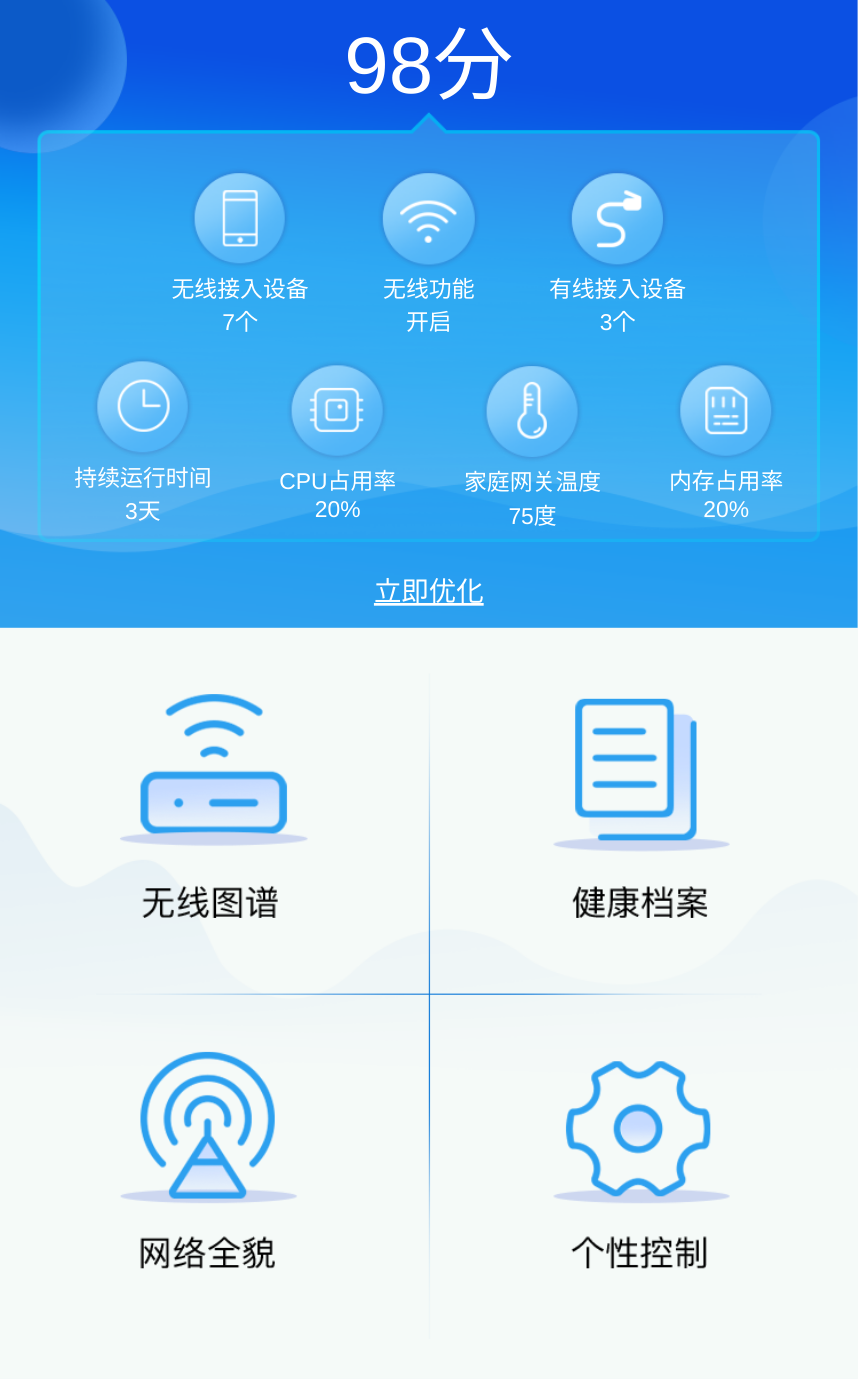
Repository: wangbiaozy/8.24
Page: index.html
These files come from the project's save history. The page is drawn as it stood at one moment and after the next save; the edit follows.
The browser window is 1280 px wide. The pictures show the whole page, at 67% of full size.

Above is the page before, as saved 2018-08-22 11:21:21.

After the next save:
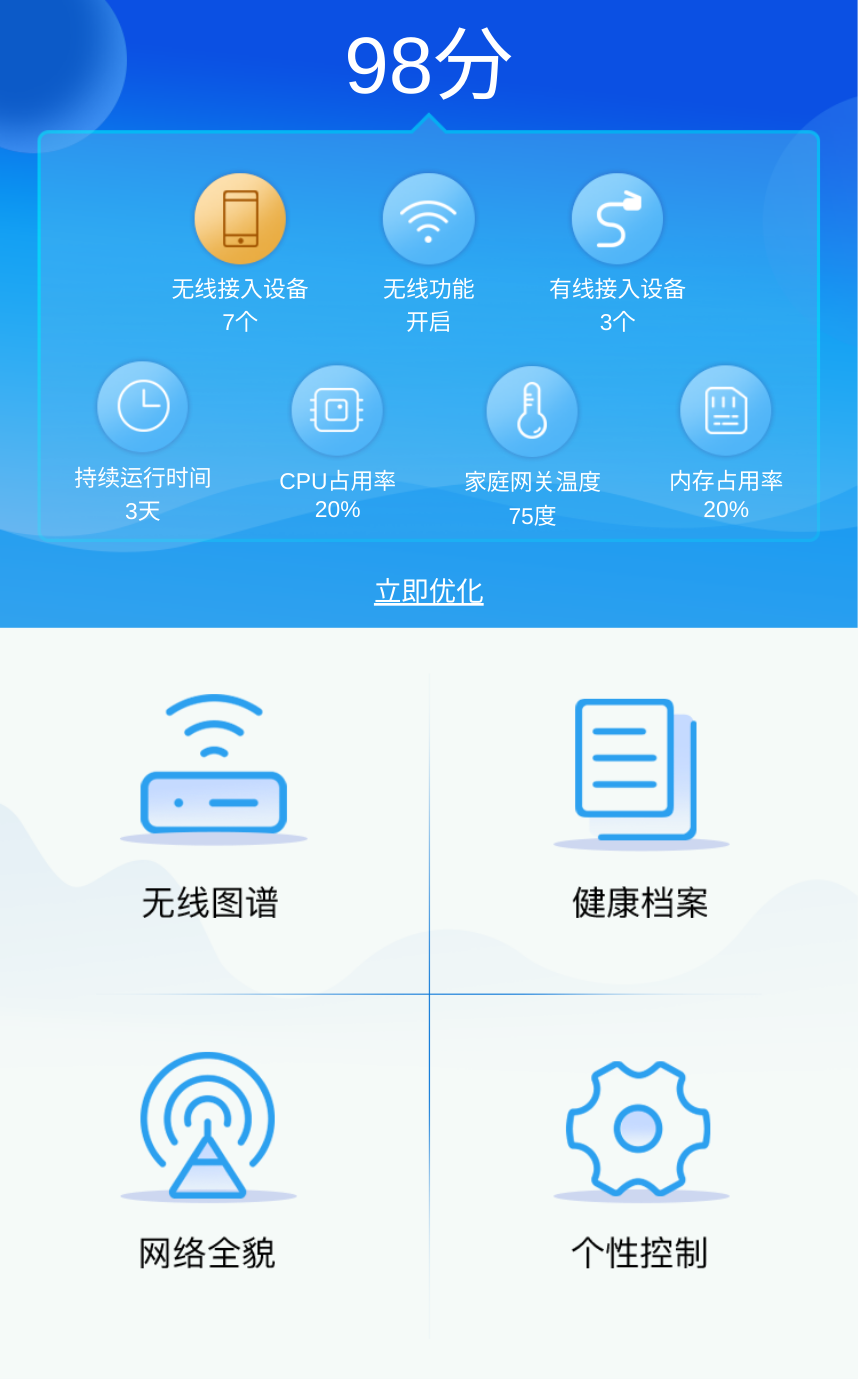
Saved 45 s later.
--- a/index.html
+++ b/index.html
@@ -35,7 +35,7 @@
             <p><span>98</span>分</p>
             <div>
                 <ul>
-                    <li>
+                    <li class="act">
                         <span></span>
                         <p>无线接入设备</p>
                         <p>7个</p>
